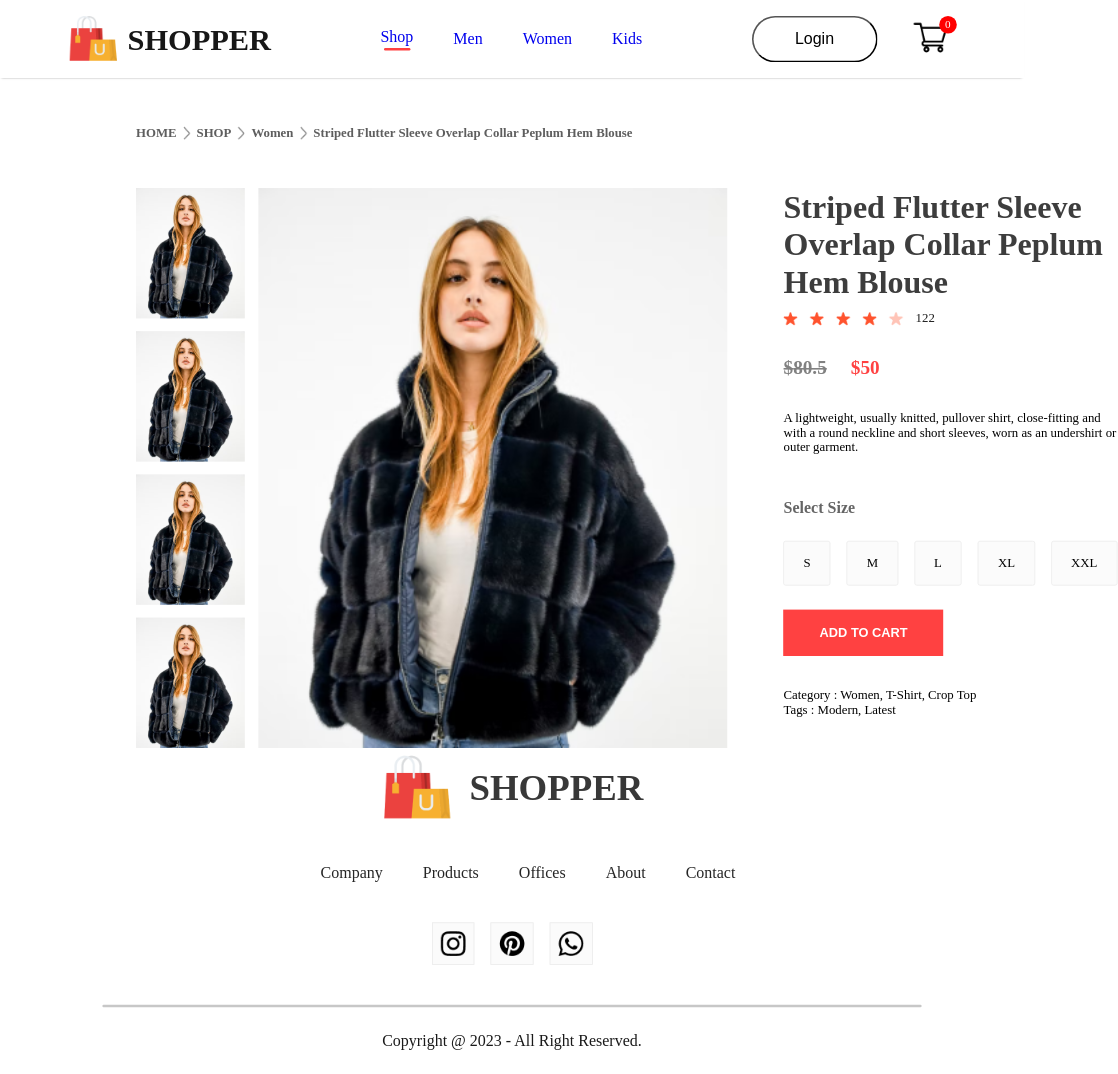
Repository: Nandhini653/SHOPPER-ECOM
Page: /product/1
The author's editor kept a copy of each file at every save. The page is drawn from the files as they stood at one save, then again after a run of saves.
The browser window is 1280 px wide. The page is 1397 px wide, so the pictures cover 1397 px, including what lies to the right of the window. The pictures show the whole page, at 80% of full size.
The project was rebuilt for these pictures with package versions that can differ from the ones it lists, and the page was loaded fresh each time. Also part of the build but not shown: src/App.css, src/Pages/CSS/ShopCategory.css, src/Components/Item/Item.css, src/Components/Item/Item.jsx, src/Pages/ShopCategory.jsx, src/Pages/Cart.jsx, src/Pages/CSS/LoginSignup.css, src/Pages/LoginSignup.jsx and 13 more.

Above is the page before, as saved 2024-06-24 17:31:16.

### src/index.css
* {
  margin: 0;
}

body {
  margin: 0;
  font-family: -apple-system, BlinkMacSystemFont, 'Segoe UI', 'Roboto', 'Oxygen',
    'Ubuntu', 'Cantarell', 'Fira Sans', 'Droid Sans', 'Helvetica Neue',
    sans-serif;
  -webkit-font-smoothing: antialiased;
  -moz-osx-font-smoothing: grayscale;
  font-family: 'poppins';
}

code {
  font-family: source-code-pro, Menlo, Monaco, Consolas, 'Courier New',
    monospace;
}

### src/App.js

import './App.css';
import Navbar from './Components/Navbar/Navbar';
import ShopCategory from './Pages/ShopCategory';
import Cart from './Pages/Cart';
import LoginSignup from './Pages/LoginSignup';
import Product from './Pages/Product';
import Shop from './Pages/Shop';
import Footer from './Components/Footer/Footer';
import men_banner from './Components/Assests/banner_mens.png'
import women_banner from './Components/Assests/banner_women.png'
import kid_banner from './Components/Assests/banner_kids.png'

import { BrowserRouter,Routes,Route } from 'react-router-dom';

function App() {
  return (
    <div>
      <BrowserRouter>
      <Navbar/>
      <Routes>
        <Route path = '/' element={<Shop/>}/>
        <Route path = '/mens' element={<ShopCategory  banner={men_banner}category="men"/>}/>
        <Route path = '/womens' element={<ShopCategory banner={women_banner} category="women"/>}/>
        <Route path = '/kids' element={<ShopCategory  banner= {kid_banner} category="kids"/>}/>
        <Route path= '/product' element={<Product/>}/>
        <Route path='/product/:productId' element={<Product />} />
        <Route path='/cart' element={<Cart/>}/>
        <Route path='/login' element={<LoginSignup/>}/>
      </Routes>
      <Footer/>
      </BrowserRouter>

    </div>
  );
}

export default App;

### src/Context/ShopContext.jsx
 import React , { createContext, useContext } from "react";
 import all_product from '../Components/Assests/all_product';

export const ShopContext = createContext(null);

const ShopContextProvider = (props) => {

    const contextValue = {all_product};

    return (
        <ShopContext.Provider value ={contextValue}>
            {props.children}
        </ShopContext.Provider>
    )
}
export default ShopContextProvider;

### src/Components/Navbar/Navbar.jsx
import React, { useState } from 'react'
import './Navbar.css'
import logo from '../Assests/logo.png'
import cart_icon from '../Assests/cart_icon.png'
import { Link } from 'react-router-dom'


const Navbar = () => {

    const [menu, setMenu] = useState("shop")
  return (
    <div className='navbar'>
        <div className="nav-logo">
            <img src={logo} alt="logo" />
            <p>SHOPPER</p>
        </div>
      <div className="nav-menu">
        <li onClick={()=> {setMenu("shop")}}> <Link  style ={{textDecoration: 'none '}} to='/'>Shop</Link> {menu === "shop"? <hr/> :<></>}</li>
        <li onClick={()=> {setMenu("mens")}}><Link style ={{textDecoration: 'none '}} to='/mens'>Men</Link>  {menu === "mens"? <hr/> :<></>}</li>
        <li onClick={()=> {setMenu("womens")}}><Link style ={{textDecoration: 'none '}} to='/womens'>Women </Link> {menu === "womens"? <hr/> :<></>}</li>
        <li onClick={()=> {setMenu("kids")}}><Link style ={{textDecoration: 'none '}} to='/kids'>Kids</Link>  {menu === "kids"? <hr/> :<></>}</li>
      </div>
      <div className="nav-login-cart">
        <Link to='/login'><button>Login</button></Link>
        <Link to='/cart'><img src= {cart_icon} alt='cart-icon'/></Link>
        <div className="nav-cart-count">0</div>
      </div>
    </div>
  )
}

export default Navbar

### src/Pages/Product.jsx
import React, { useContext } from 'react'
import { useParams } from 'react-router-dom';
import {ShopContext} from '../Context/ShopContext'
import Breadcrums from '../Components/Breadcrums/Breadcrums';
import ProductDisplay from '../Components/ProductDisplay/ProductDisplay';

const Product = () => {
  const {all_product} = useContext(ShopContext);
  const {productId} = useParams();
  const product =all_product.find((e)=> e.id === Number(productId));
  return (
    <div>
      <Breadcrums product={product}/>
      <ProductDisplay product={product}/>
    </div>
  )
}

export default Product

### src/Components/Footer/Footer.jsx
import React from 'react'
import './Footer.css'
import footer_logo from '../Assests/logo_big.png'
import instagram_icon from '../Assests/instagram_icon.png'
import pintester_icon from '../Assests/pintester_icon.png'
import whatsapp_icon from '../Assests/whatsapp_icon.png'

const Footer = () => {
    return (
        <div className='footer'>
            <div className="footer-logo">
                <img src={footer_logo} alt='' />
                <p>SHOPPER</p>
            </div>
            <ul className='footer-links'>
                <li>Company</li>
                <li>Products</li>
                <li>Offices</li>
                <li>About</li>
                <li>Contact</li>
            </ul>
            <div className="footer-social-icon">
                <div className="footer-icons-container">
                    <img src={instagram_icon} alt="" />
                </div>
                <div className="footer-icons-container">
                    <img src={pintester_icon} alt="" />
                </div>
                <div className="footer-icons-container">
                    <img src={whatsapp_icon} alt="" />
                </div>
            </div>
             <div className="footer-copyright">
                <hr/>
                <p> Copyright @ 2023 - All Right Reserved.</p>
             </div>
        </div>
    )
}

export default Footer

### src/Components/Assests/all_product.js
import p1_img from "./product_1.png";
import p2_img from "./product_2.png";
import p3_img from "./product_3.png";
import p4_img from "./product_4.png";
import p5_img from "./product_5.png";
import p6_img from "./product_6.png";
import p7_img from "./product_7.png";
import p8_img from "./product_8.png";
import p9_img from "./product_9.png";
import p10_img from "./product_10.png";
import p11_img from "./product_11.png";
import p12_img from "./product_12.png";
import p13_img from "./product_13.png";
import p14_img from "./product_14.png";
import p15_img from "./product_15.png";
import p16_img from "./product_16.png";
import p17_img from "./product_17.png";
import p18_img from "./product_18.png";
import p19_img from "./product_19.png";
import p20_img from "./product_20.png";
import p21_img from "./product_21.png";
import p22_img from "./product_22.png";
import p23_img from "./product_23.png";
import p24_img from "./product_24.png";
import p25_img from "./product_25.png";
import p26_img from "./product_26.png";
import p27_img from "./product_27.png";
import p28_img from "./product_28.png";
import p29_img from "./product_29.png";
import p30_img from "./product_30.png";
import p31_img from "./product_31.png";
import p32_img from "./product_32.png";
import p33_img from "./product_33.png";
import p34_img from "./product_34.png";
import p35_img from "./product_35.png";
import p36_img from "./product_36.png";

let all_product = [
  {
    id: 1,
    name: "Striped Flutter Sleeve Overlap Collar Peplum Hem Blouse",
    category: "women",
    image: p1_img,
    new_price: 50.0,
    old_price: 80.5,
  },
  {
    id: 2,
    name: "Striped Flutter Sleeve Overlap Collar Peplum Hem Blouse",
    category: "women",
    image: p2_img,
    new_price: 85.0,
    old_price: 120.5,
  },
  {
    id: 3,
    name: "Striped Flutter Sleeve Overlap Collar Peplum Hem Blouse",
    category: "women",
    image: p3_img,
    new_price: 60.0,
    old_price: 100.5,
  },
  {
    id: 4,
    name: "Striped Flutter Sleeve Overlap Collar Peplum Hem Blouse",
    category: "women",
    image: p4_img,
    new_price: 100.0,
    old_price: 150.0,
  },
  {
    id: 5,
    name: "Striped Flutter Sleeve Overlap Collar Peplum Hem Blouse",
    category: "women",
    image: p5_img,
    new_price: 85.0,
    old_price: 120.5,
  },
  {
    id: 6,
    name: "Striped Flutter Sleeve Overlap Collar Peplum Hem Blouse",
    category: "women",
    image: p6_img,
    new_price: 85.0,
    old_price: 120.5,
  },
  {
    id: 7,
    name: "Striped Flutter Sleeve Overlap Collar Peplum Hem Blouse",
    category: "women",
    image: p7_img,
    new_price: 85.0,
    old_price: 120.5,
  },
  {
    id: 8,
    name: "Striped Flutter Sleeve Overlap Collar Peplum Hem Blouse",
    category: "women",
    image: p8_img,
    new_price: 85.0,
    old_price: 120.5,
  },
  {
    id: 9,
    name: "Striped Flutter Sleeve Overlap Collar Peplum Hem Blouse",
    category: "women",
    image: p9_img,
    new_price: 85.0,
    old_price: 120.5,
  },
  {
    id: 10,
    name: "Striped Flutter Sleeve Overlap Collar Peplum Hem Blouse",
    category: "women",
    image: p10_img,
    new_price: 85.0,
    old_price: 120.5,
  },
  {
    id: 11,
    name: "Striped Flutter Sleeve Overlap Collar Peplum Hem Blouse",
    category: "women",
    image: p11_img,
    new_price: 85.0,
    old_price: 120.5,
  },
  {
    id: 12,
    name: "Striped Flutter Sleeve Overlap Collar Peplum Hem Blouse",
    category: "women",
    image: p12_img,
    new_price: 85.0,
    old_price: 120.5,
  },
  {
    id: 13,
    name: "Men Green Solid Zippered Full-Zip Slim Fit Bomber Jacket",
    category: "men",
    image: p13_img,
    new_price: 85.0,
    old_price: 120.5,
  },
  {
    id: 14,
    name: "Men Green Solid Zippered Full-Zip Slim Fit Bomber Jacket",
    category: "men",
    image: p14_img,
    new_price: 85.0,
    old_price: 120.5,
  },
  {
    id: 15,
    name: "Men Green Solid Zippered Full-Zip Slim Fit Bomber Jacket",
    category: "men",
    image: p15_img,
    new_price: 85.0,
    old_price: 120.5,
  },
  {
    id: 16,
    name: "Men Green Solid Zippered Full-Zip Slim Fit Bomber Jacket",
    category: "men",
    image: p16_img,
    new_price: 85.0,
    old_price: 120.5,
  },
  {
    id: 17,
    name: "Men Green Solid Zippered Full-Zip Slim Fit Bomber Jacket",
    category: "men",
    image: p17_img,
    new_price: 85.0,
    old_price: 120.5,
  },
  {
    id: 18,
    name: "Men Green Solid Zippered Full-Zip Slim Fit Bomber Jacket",
    category: "men",
    image: p18_img,
    new_price: 85.0,
    old_price: 120.5,
  },
  {
    id: 19,
    name: "Men Green Solid Zippered Full-Zip Slim Fit Bomber Jacket",
    category: "men",
    image: p19_img,
    new_price: 85.0,
    old_price: 120.5,
  },
  {
    id: 20,
    name: "Men Green Solid Zippered Full-Zip Slim Fit Bomber Jacket",
    category: "men",
    image: p20_img,
    new_price: 85.0,
    old_price: 120.5,
  },
  {
    id: 21,
    name: "Men Green Solid Zippered Full-Zip Slim Fit Bomber Jacket",
    category: "men",
    image: p21_img,
    new_price: 85.0,
    old_price: 120.5,
  },
  {
    id: 22,
    name: "Men Green Solid Zippered Full-Zip Slim Fit Bomber Jacket",
    category: "men",
    image: p22_img,
    new_price: 85.0,
    old_price: 120.5,
  },
  {
    id: 23,
    name: "Men Green Solid Zippered Full-Zip Slim Fit Bomber Jacket",
    category: "men",
    image: p23_img,
    new_price: 85.0,
    old_price: 120.5,
  },
  {
    id: 24,
    name: "Men Green Solid Zippered Full-Zip Slim Fit Bomber Jacket",
    category: "men",
    image: p24_img,
    new_price: 85.0,
    old_price: 120.5,
  },
  {
    id: 25,
    name: "Boys Orange Colourblocked Hooded Sweatshirt",
    category: "kid",
    image: p25_img,
    new_price: 85.0,
    old_price: 120.5,
  },
  {
    id: 26,
    name: "Boys Orange Colourblocked Hooded Sweatshirt",
    category: "kid",
    image: p26_img,
    new_price: 85.0,
    old_price: 120.5,
  },
  {
    id: 27,
    name: "Boys Orange Colourblocked Hooded Sweatshirt",
    category: "kid",
    image: p27_img,
    new_price: 85.0,
    old_price: 120.5,
  },
  {
    id: 28,
    name: "Boys Orange Colourblocked Hooded Sweatshirt",
    category: "kid",
    image: p28_img,
    new_price: 85.0,
    old_price: 120.5,
  },
  {
    id: 29,
    name: "Boys Orange Colourblocked Hooded Sweatshirt",
    category: "kid",
    image: p29_img,
    new_price: 85.0,
    old_price: 120.5,
  },
  {
    id: 30,
    name: "Boys Orange Colourblocked Hooded Sweatshirt",
    category: "kid",
    image: p30_img,
    new_price: 85.0,
    old_price: 120.5,
  },
  {
    id: 31,
    name: "Boys Orange Colourblocked Hooded Sweatshirt",
    category: "kid",
    image: p31_img,
    new_price: 85.0,
    old_price: 120.5,
  },
  {
    id: 32,
    name: "Boys Orange Colourblocked Hooded Sweatshirt",
    category: "kid",
    image: p32_img,
    new_price: 85.0,
    old_price: 120.5,
  },
  {
    id: 33,
    name: "Boys Orange Colourblocked Hooded Sweatshirt",
    category: "kid",
    image: p33_img,
    new_price: 85.0,
    old_price: 120.5,
  },
  {
    id: 34,
    name: "Boys Orange Colourblocked Hooded Sweatshirt",
    category: "kid",
    image: p34_img,
    new_price: 85.0,
    old_price: 120.5,
  },
  {
    id: 35,
    name: "Boys Orange Colourblocked Hooded Sweatshirt",
    category: "kid",
    image: p35_img,
    new_price: 85.0,
    old_price: 120.5,
  },
  {
    id: 36,
    name: "Boys Orange Colourblocked Hooded Sweatshirt",
    category: "kid",
    image: p36_img,
    new_price: 85.0,
    old_price: 120.5,
  },
];

export default all_product;

### src/Components/Navbar/Navbar.css
  .navbar {
    display: flex;
    justify-content: space-around;
    padding: 16px;
    box-shadow: 0 1px 3px -2px black;
  }

  .nav-logo {
    display: flex;
    align-items: center;
    gap: 10px;
  }

  .nav-logo p{
    color: #171717;
    font-size: 38px;
    font-weight: 600;
  }
  .nav-menu {
    display: flex;
    align-items: center;
    list-style: none;
    gap: 50px;
    color: #626262;
    font-size: 20px;
    font-weight: 500;
  }

  .nav-menu li {
    display: flex;
    flex-direction: column;
    align-items: center;
    justify-content: center;
    gap: 3px;
    cursor: pointer;
  }

  .nav-menu hr {
    border: none;
    width: 80%;
    height: 3px;
    border-radius: 10px;
    background: #FF4141;
  }

.nav-login-cart {
    display: flex;
    align-items: center;
    gap: 45px;
}

.nav-login-cart button {
    width: 157px;
    height: 58px;
    outline: none;
    border: 1 px solid #7a7a7a;
    border-radius: 75px;
    font-size: 20px;
    font-weight: 500;
    background: white;
    cursor: pointer;
}

.nav-login-cart button:active {
    background: #f3f3f3;
}

.nav-cart-count {
    width: 22px;
    height: 22px;
    display: flex;
    justify-content: center;
    align-items: center;
    margin-top: -35px;
    margin-left: -55px;
    border-radius: 11px;
    font-size: 14px;
    background: red;
    color: white;

}

### src/Components/Breadcrums/Breadcrums.jsx
import React from 'react'
import './Breadcrums.css'
import arrow_icon from '../Assests/breadcrum_arrow.png'

const Breadcrums = (props) => {
    const {product} = props;
  return (
    <div className='breadcrum'>
      HOME <img src={arrow_icon} alt=''/> SHOP <img src={arrow_icon} alt=''/> {product.category} <img src={arrow_icon} alt=''/>
      {product.name}


    </div>
  )
}

export default Breadcrums

### src/Components/ProductDisplay/ProductDisplay.jsx
import React from 'react'
import './ProductDisplay.css'
import star_icon from '../Assests/star_icon.png'
import star_dull_icon from '../Assests/star_dull_icon.png'


const ProductDisplay = (props) => {
  const { product } = props;
  return (
    <div className='productdisplay'>
      <div className="productdisplay-left">
        <div className="productdisplay-img-list">
          <img src={product.image} alt="" />
          <img src={product.image} alt="" />
          <img src={product.image} alt="" />
          <img src={product.image} alt="" />
        </div>

        <div className="productdisplay-img">
          <img className='productdisplay-main-img' src={product.image} alt='' />
        </div>

      </div>

      <div className="productdisplay-right">
        <h1> {product.name}</h1>
        <div className="productdisplay-right-stars">
          <img src={star_icon} alt="" />
          <img src={star_icon} alt="" />
          <img src={star_icon} alt="" />
          <img src={star_icon} alt="" />
          <img src={star_dull_icon} alt="" />
          <p> {122}</p>
        </div>

        <div className="productdisplay-right-prices">
          <div className="productdisplay-right-price-old">
            ${product.old_price} </div>
          <div className="productdisplay-right-price-new">
            ${product.new_price}</div>
        </div>
        <div className="productdisplay-right-description">
         <p> A lightweight, usually knitted, pullover shirt, close-fitting and with a round neckline and short sleeves, worn as an undershirt or outer garment.</p>
        </div>
        <div className="productdisplay-right-size">
          <h1> Select Size</h1>
          <div className="productdisplay-right-sizes">
             <div>S</div>
             <div>M</div>
             <div>L</div>
             <div>XL</div>
             <div>XXL</div>
          </div>
        </div>
        <button>ADD TO CART </button>
        <p className='productdisplay-right-category'><span> Category :</span> Women, T-Shirt, Crop Top  </p>
        <p className='productdisplay-right-category'><span> Tags :</span> Modern, Latest </p>

      </div>
    </div>
  )
}

export default ProductDisplay

### src/Components/Footer/Footer.css
.footer {
    display: flex;
    flex-direction: column;
    justify-content: center;
    align-items: center;
    gap: 50px;
}

.footer-logo {
    display: flex;
    align-items: center;
    gap: 20px;
}

.footer-logo p {
    color: #383838;
    font-size: 46px;
    font-weight: 700;
}

.footer-links {
    display: flex;
    list-style: none;
    gap: 50px;
    color: #252525;
    font-size: 20px;
}

.footer-links li {
    cursor: pointer;
}

.footer-social-icon {
    display: flex;
    gap: 20px;
}

.footer-icons-container {
    padding: 10px;
    padding-bottom: 6px;
    background: #fbfbfb;
    border: 1px solid #ebebeb;
}

.footer-copyright {
    display: flex;
    flex-direction: column;
    align-items: center;
    gap: 30px;
    width: 100%;
    margin-bottom: 30px;
    color:#1a1a1a;
    font-size: 20px;
}

.footer-copyright hr {
     width: 80%;
     border: none;
     border-radius: 10px;
     height: 3px;
     background:#c7c7c7 ;
}

### src/Components/ProductDisplay/ProductDisplay.css
.productdisplay {
    display:flex ;
    margin: 0px 170px;
}

.productdisplay-left {
    display: flex;
    gap: 17px;
}

.productdisplay-img-list {
    display: flex;
    flex-direction: column;
    gap: 16px;
}

.productdisplay-img-list img {
    height: 163px;
}

.productdisplay-main-img {
    width: 586px;
    height: 700px;
}

.productdisplay-right {
    margin: 0px 70px;
    display: flex;
    flex-direction: column;
}

.productdisplay-right h1 {
    color: #3d3d3d;
    font-size: 40px;
    font-weight: 700;
}

.productdisplay-right-stars {
    display: flex;
    align-items: center;
    margin-top: 13px;
    gap: 15px;
    color: #1c1c1c;
    font-size: 16px;
}

.productdisplay-right-prices {
    display: flex;
    margin: 40px 0px;
    gap: 30px;
    font-size: 24px;
    font-weight: 700;
}

.productdisplay-right-price-old {
    color: #818181;
    text-decoration: line-through;
}

.productdisplay-right-price-new {
    color: #ff4141;
}

.productdisplay-right-size h1 {
    margin-top: 55px;
    color: #656565;
    font-size: 20px;
    font-weight: 600;
}

.productdisplay-right-sizes {
   display: flex;
   margin: 30px 0px;
   gap: 20px;
}

.productdisplay-right-sizes div {
    padding: 18px 24px;
    background: #fbfbfb;
    border: 1px solid #ebebeb;
    border-radius: 3px;
    cursor: pointer;
}

.productdisplay-right button {
    padding: 20px 40px;
    width: 200px;
    font-size: 16px;
    font-weight: 600;
    color: white;
    background: #ff4141;
    margin-bottom: 40px;
    border: none;
    outline: none;
    cursor: pointer;
}

.productdisplay-right-category {
    m
}

Loaded but not shown: src/index.js (common file); src/reportWebVitals.js (common file); src/Components/Breadcrums/Breadcrums.css (common file)

After the next 4 saves:
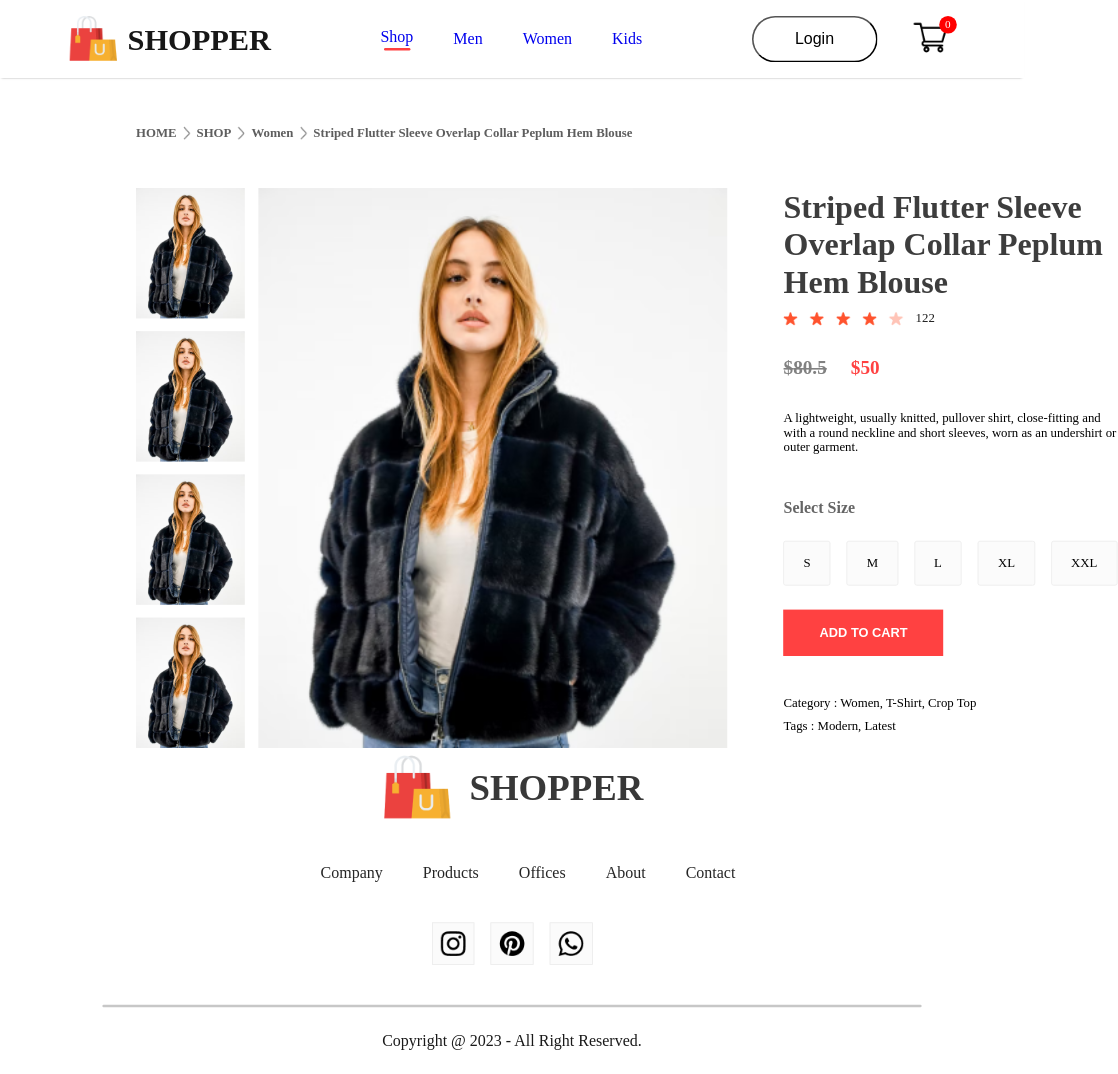
The 4 saves are shown as one change because they came seconds apart.
The last was saved 11 s later.
--- a/src/Components/ProductDisplay/ProductDisplay.css
+++ b/src/Components/ProductDisplay/ProductDisplay.css
@@ -96,5 +96,7 @@
 }
 
 .productdisplay-right-category {
-    m
+    margin-top: 10px;
 }
+
+.
